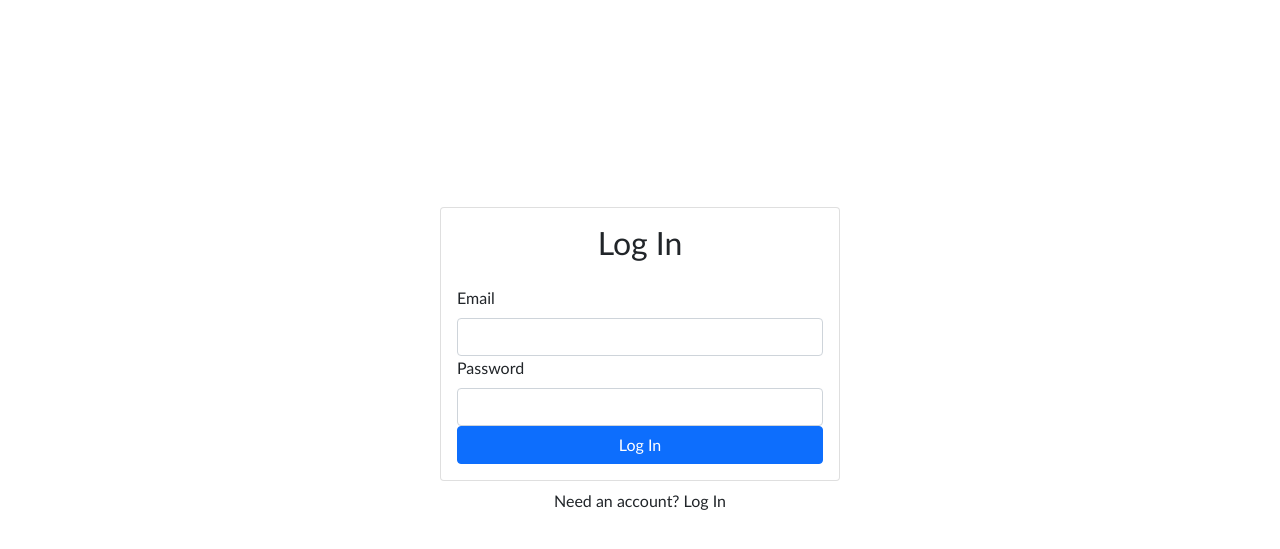
Repository: patrik-fredlund/freshkeeper-repo
Page: /login
These files come from the project's save history. The page is drawn as it stood at one moment and after a run of saves; the edit follows.
The browser window is 1280 px wide. The pictures show the whole page.
The project was rebuilt for these pictures with package versions that can differ from the ones it lists, and the page was loaded fresh each time. Also part of the build but not shown: src/components/Signup.js, src/components/Dashboard.js.

Above is the page before, as saved 2021-10-05 15:45:01.

After the next 2 saves:
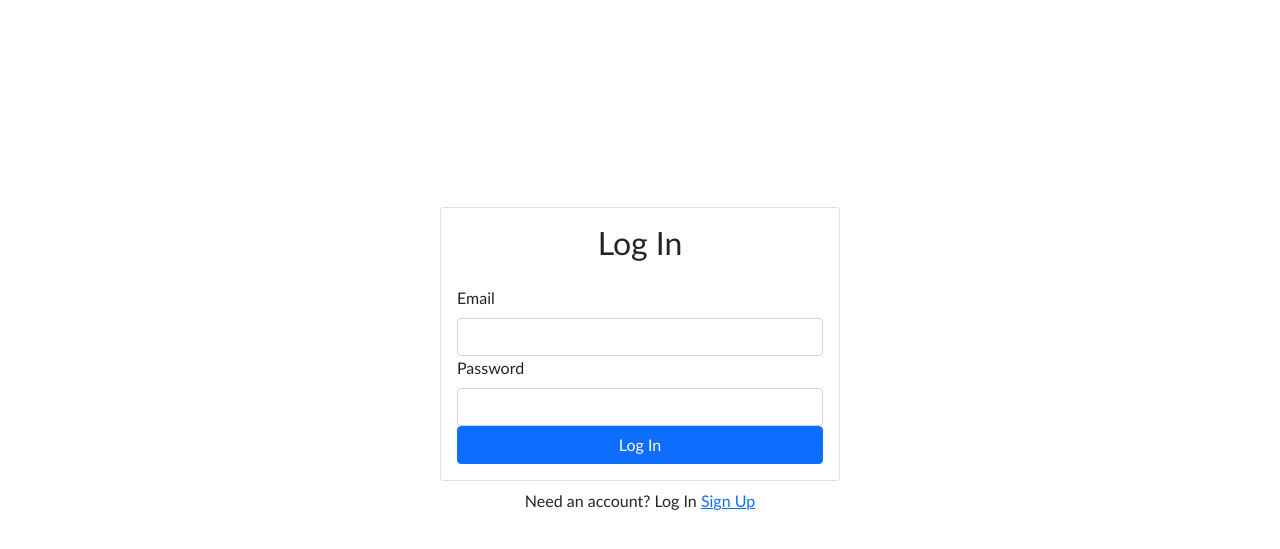
The 2 saves are shown as one change because 1 did not build or start.
The last was saved 2 min 17 s later.
--- a/src/components/Login.js
+++ b/src/components/Login.js
@@ -1,6 +1,7 @@
 import React, { useRef, useState } from 'react';
 import { Form, Button, Card, Alert } from 'react-bootstrap';
 import { useAuth } from '../context/AuthContext';
+import { Link } from 'react-router-dom';
 
 export default function Login() {
   const emailRef = useRef();
@@ -46,7 +47,9 @@ export default function Login() {
           </Form>
         </Card.Body>
       </Card>
-      <div className='w-100 text-center mt-2'>Need an account? Log In</div>
+      <div className='w-100 text-center mt-2'>
+        Need an account? Log In <Link to='/signup'>Sign Up </Link>
+      </div>
     </>
   );
 }
